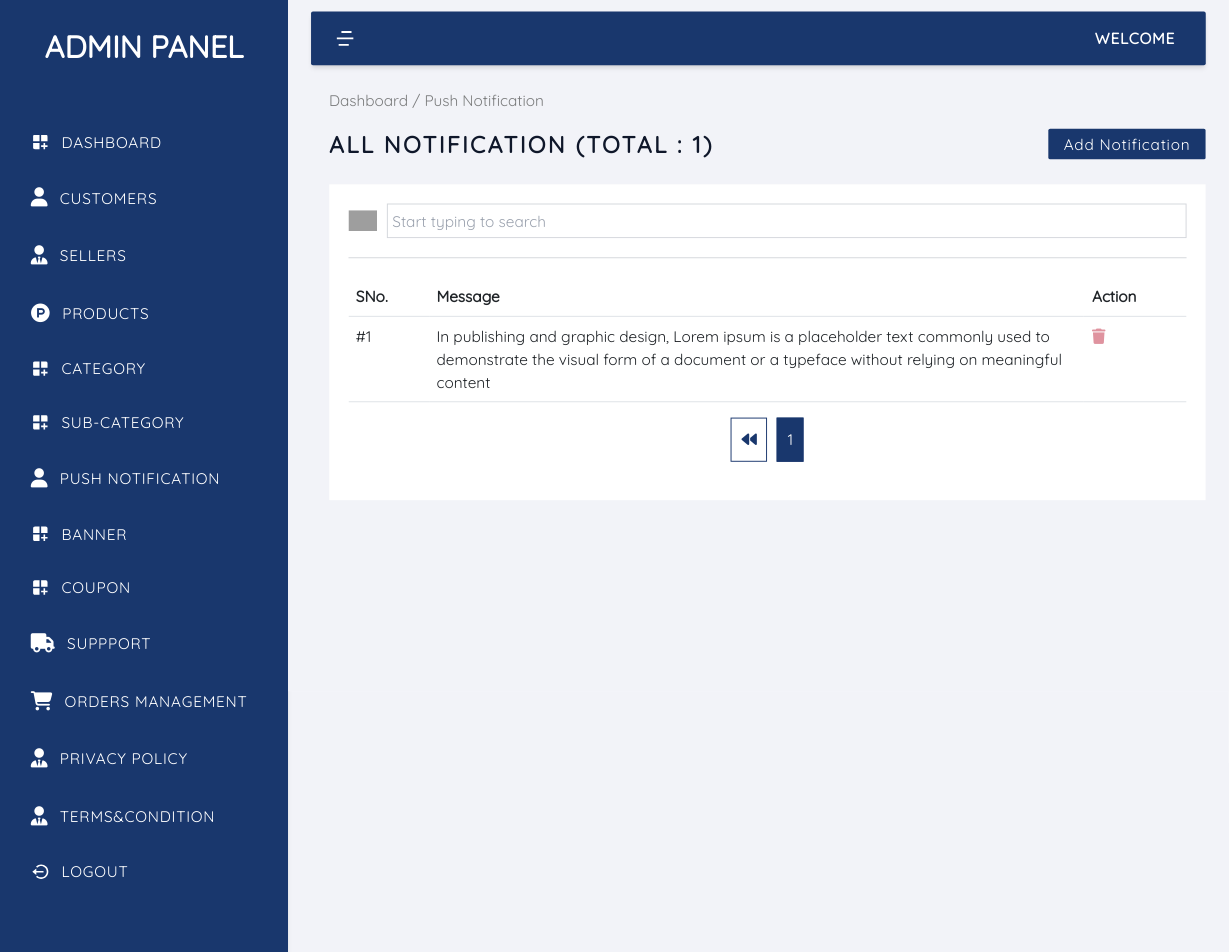
Repository: shishpal2000/admin.aschpro
Page: /pushNotification
These files come from the project's save history. The page is drawn as it stood at one moment and after a run of saves; the edit follows.
The browser window is 1280 px wide. The pictures show the whole page, at 96% of full size.
Pictures or frames that could not be fetched are drawn as grey boxes. Some web libraries are served in a nearby version. The project was rebuilt for these pictures with package versions that can differ from the ones it lists, and the page was loaded fresh each time. Also part of the build but not shown: src/E-CommerceAdmin/forms/Login.jsx, src/E-CommerceAdmin/pages/Dashboard.jsx, src/E-CommerceAdmin/pages/ECategory.js, src/E-CommerceAdmin/pages/EProduct.js, src/E-CommerceAdmin/pages/EVendorList.js, src/E-CommerceAdmin/pages/EAdminOrders.js, src/E-CommerceAdmin/pages/EAdminDelivery.js, src/E-CommerceAdmin/pages/EAdminCustomer.js and 6 more. Imported but missing from the stored project, and not drawn on this page: src/E-CommerceAdmin/pages/Complaints, src/E-CommerceAdmin/pages/Component/SpinnerComp, src/E-CommerceAdmin/pages/EAdmin, src/E-CommerceAdmin/pages/EAdminProduct, src/E-CommerceAdmin/pages/ESingleProduct, src/E-CommerceAdmin/pages/GetMeThis, src/E-CommerceAdmin/pages/HelpSupport.

Above is the page before, as saved 2023-06-28 16:57:59.

After the next 4 saves:
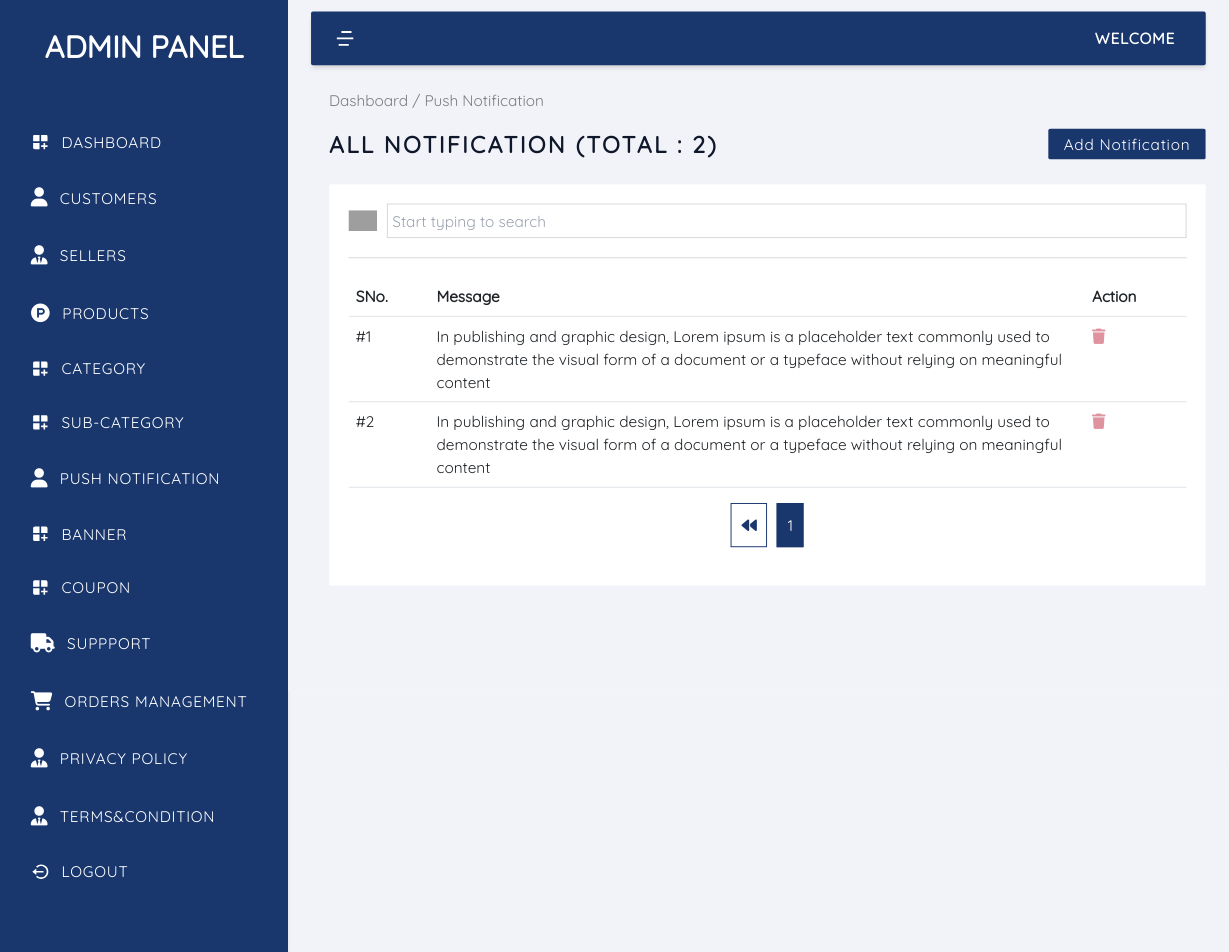
The 4 saves are shown as one change because they came seconds apart.
The last was saved 18 s later.
--- a/src/E-CommerceAdmin/pages/PushNotification.js
+++ b/src/E-CommerceAdmin/pages/PushNotification.js
@@ -1,6 +1,5 @@
 /** @format */
 
-import axios from "axios";
 import React, { useEffect, useState } from "react";
 import {
   Alert,
@@ -10,7 +9,6 @@ import {
   Modal,
   Table,
 } from "react-bootstrap";
-import { toast } from "react-toastify";
 import HOC from "../layout/HOC";
 
 const PushNotification = () => {
@@ -18,7 +16,10 @@ const PushNotification = () => {
   const data = [
     {
       name : "In publishing and graphic design, Lorem ipsum is a placeholder text commonly used to demonstrate the visual form of a document or a typeface without relying on meaningful content"
-    }
+    },
+    {
+      name : "In publishing and graphic design, Lorem ipsum is a placeholder text commonly used to demonstrate the visual form of a document or a typeface without relying on meaningful content"
+    },
   ]
 
   // Pagination and Filter
